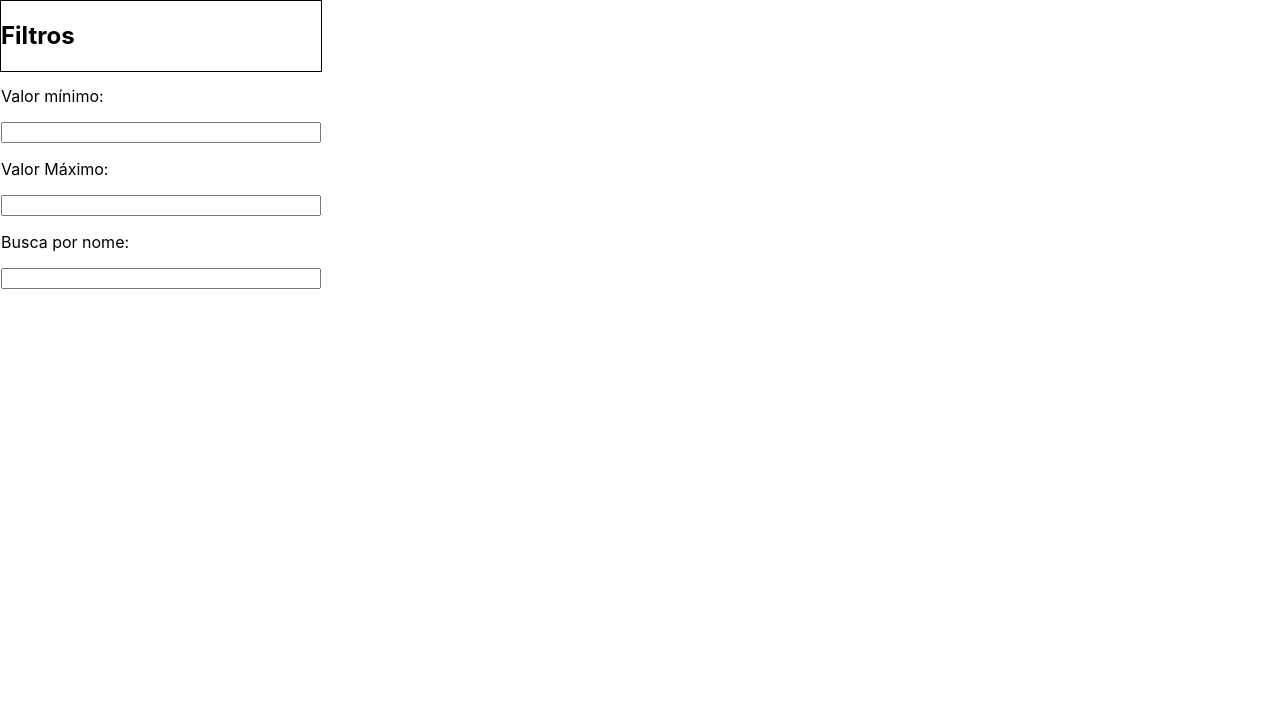
Repository: future4code/Shaw-labe-commerce9
Page: /
An editor plug-in stored every save of this project. The page is shown before and after the next save, followed by the edit.
The browser window is 1280 px wide. The pictures show the whole page.
The project was rebuilt for these pictures with package versions that can differ from the ones it lists, and the page was loaded fresh each time. Also part of the build but not shown: src/App.css.

Above is the page before, as saved 2022-03-30 16:20:49.

After the next save:
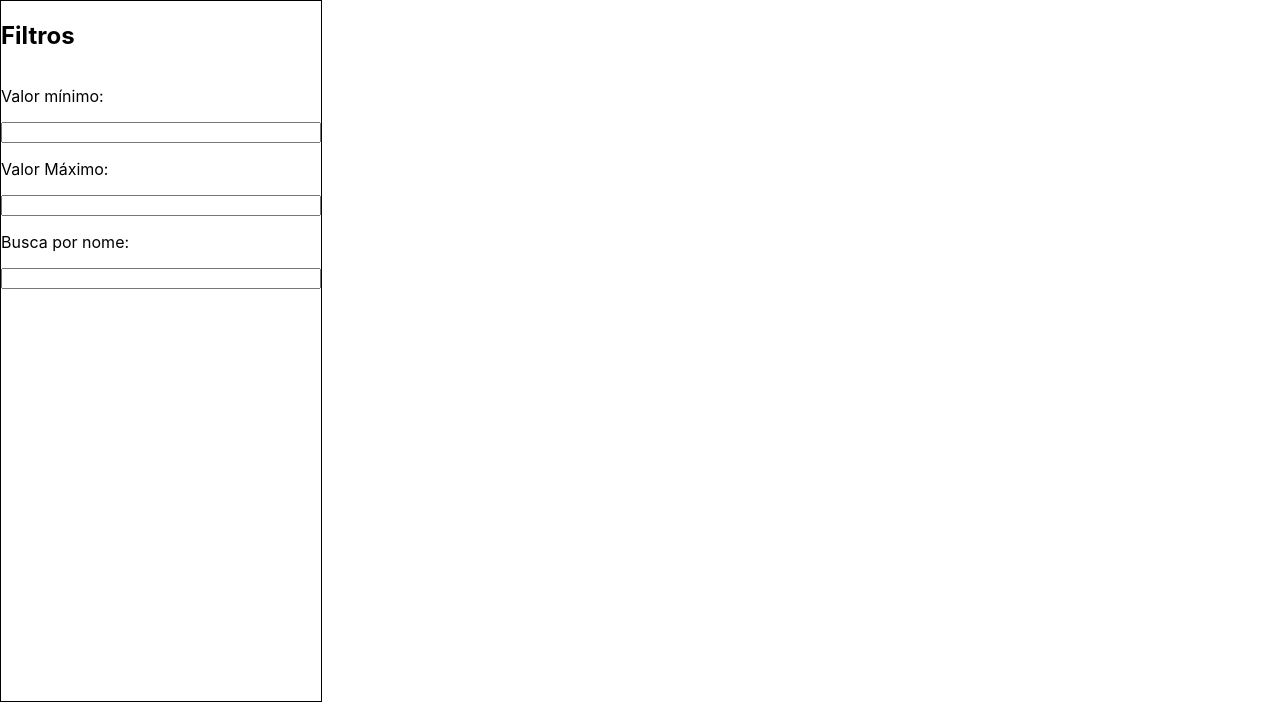
Saved 5 s later.
--- a/src/components/filtro.jsx
+++ b/src/components/filtro.jsx
@@ -8,7 +8,7 @@ flex-direction: column;
 justify-content: flex-start;
 width: 25%;
 border: 1px solid black;
-height:70px;
+height:700px;
 
 
 `
